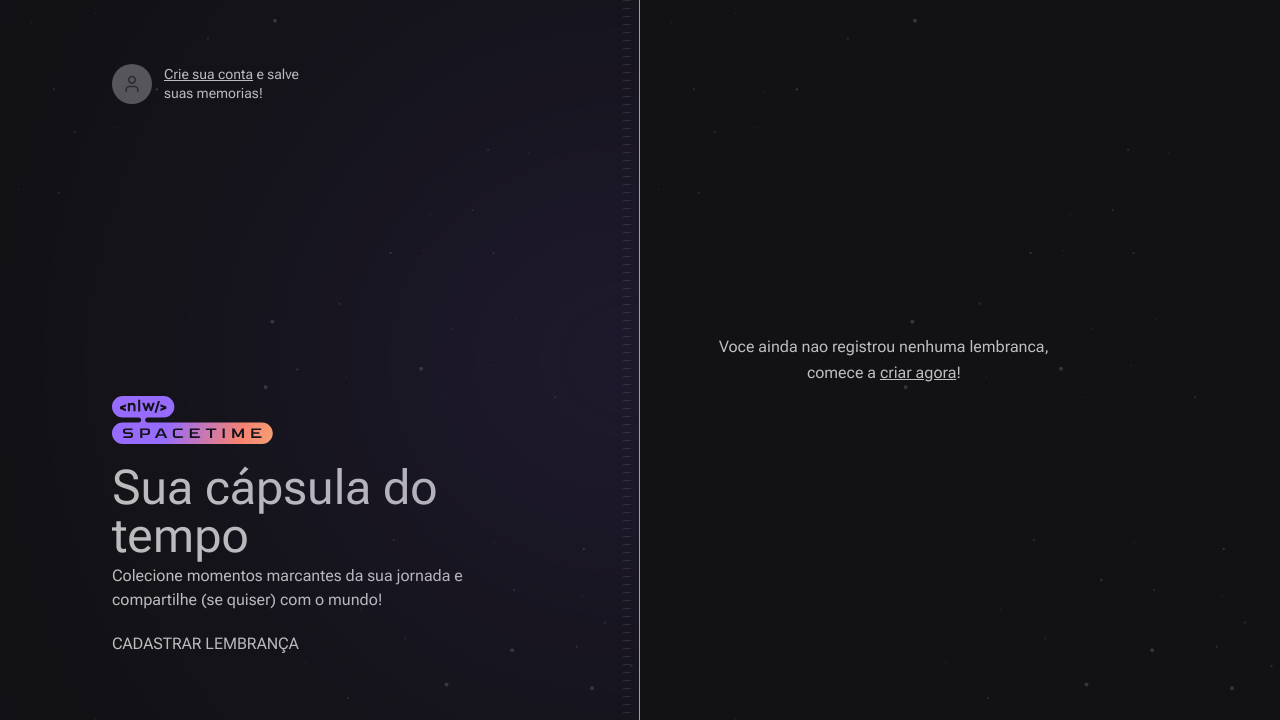
Repository: viniimartins/NLWSpacetime
Page: /
These files come from the project's save history. The page is drawn as it stood at one moment and after a run of saves; the edit follows.
The browser window is 1280 px wide. The pictures show the whole page.
Some web fonts or font styles are not loaded; a fallback is used. The project was rebuilt for these pictures with package versions that can differ from the ones it lists, and the page was loaded fresh each time. The framework's server and built-in components were replaced by stand-ins that run in the browser. Also part of the build but not shown: next.config.js.

Above is the page before, as saved 2023-05-28 19:48:00.

After the next 2 saves:
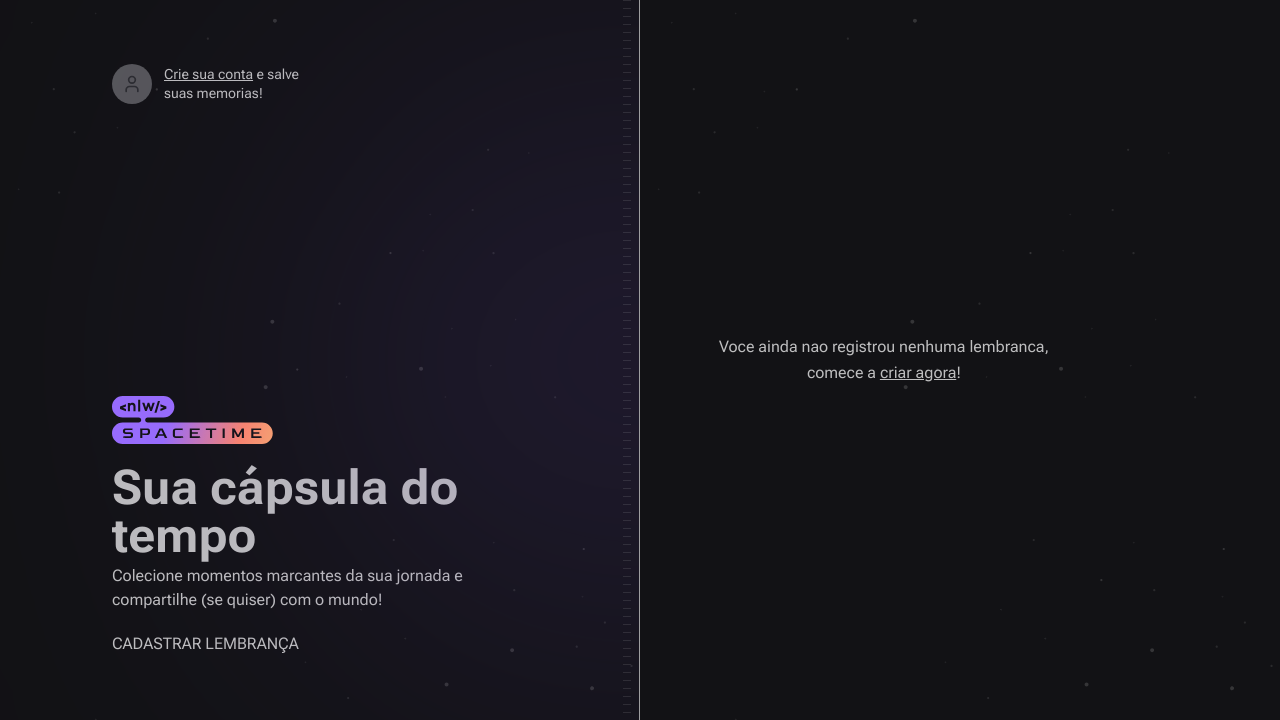
The 2 saves are shown as one change because they came seconds apart.
The last was saved 17 s later.
--- a/src/app/page.tsx
+++ b/src/app/page.tsx
@@ -35,7 +35,7 @@ export default function Home() {
           <Image src={nlwLogo} alt="NLW Spacetime" />
 
           <div className="max-w-[420px] space-y-1">
-            <h1 className="mt-5 text-5xl font-b">Sua cápsula do tempo</h1>
+            <h1 className="mt-5 text-5xl font-bold leading">Sua cápsula do tempo</h1>
             <p>
               Colecione momentos marcantes da sua jornada e compartilhe (se
               quiser) com o mundo!
